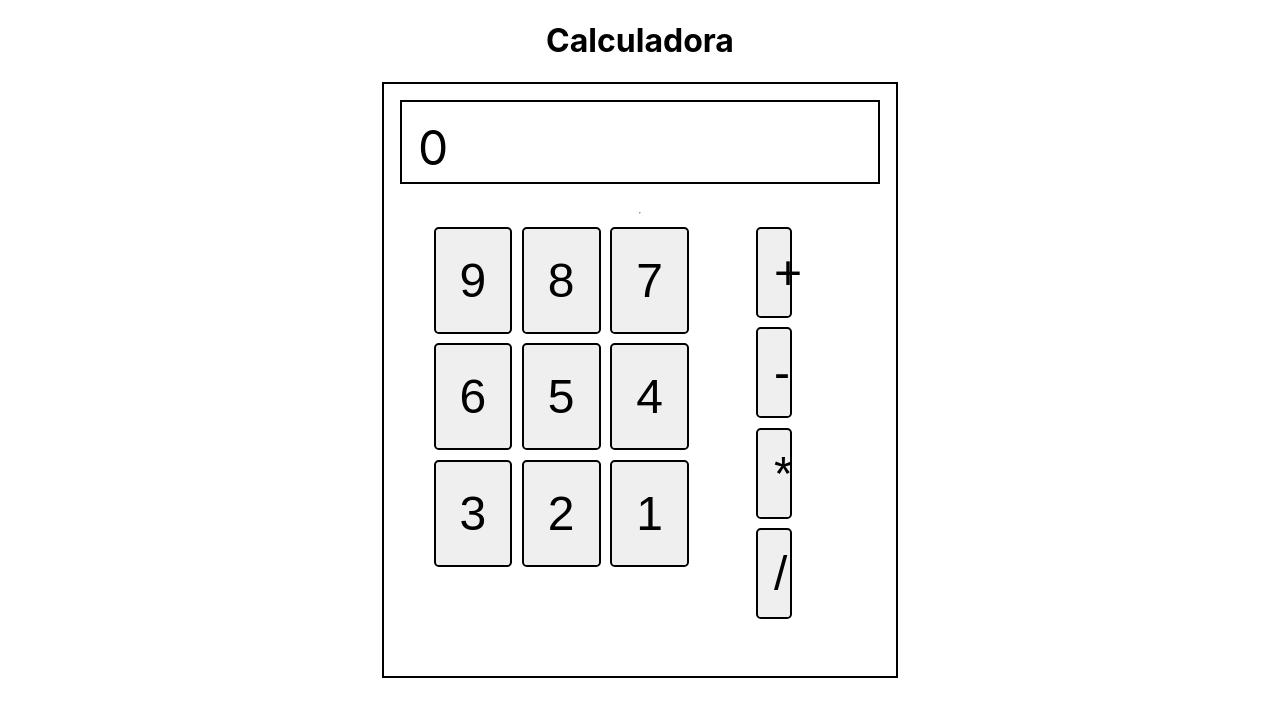
Repository: yamaka/curso-react-febrero-2022
Page: /
The author's editor kept a copy of each file at every save. The page is drawn from the files as they stood at one save, then again after the next save.
The browser window is 1280 px wide. The pictures show the whole page.
The project was rebuilt for these pictures with package versions that can differ from the ones it lists, and the page was loaded fresh each time. Also part of the build but not shown: src/App.css, src/components/Zanahoria/Zanahoria.css, src/components/Zanahoria/Zanahoria.js, src/components/Zanahorias/Zanahorias.js, src/components/Lechuga/Lechuga.css, src/components/Lechuga/Lechuga.js, src/components/Calculadora/Calculadora.css, src/components/Calculadora/Calculadora.js and 4 more.

Above is the page before, as saved 2022-03-02 18:28:22.

### src/index.js
import React from 'react';
import ReactDOM from 'react-dom';
import './index.css';
import App from './App';
import reportWebVitals from './reportWebVitals';

ReactDOM.render(
  <React.StrictMode>
    <App />
  </React.StrictMode>,
  document.getElementById('root')
);

// If you want to start measuring performance in your app, pass a function
// to log results (for example: reportWebVitals(console.log))
// or send to an analytics endpoint. Learn more: https://bit.ly/CRA-vitals
reportWebVitals();

### src/App.js
import logo from './logo.svg';
import './App.css';
import Zanahorias from './components/Zanahorias/Zanahorias';
import Lechuga from './components/Lechuga/Lechuga';
import Calculadora from './components/Calculadora/Calculadora';
import CiclosVida from './components/CiclosVida/CiclosVida';
import CalculadoraHooks from './hooks/Calculadora/Calculadora'

function App() {
  return (
    <div style={{
      display: 'flex',
      flexDirection: 'column',
      justifyContent: 'center',
      alignItems: 'center'
    }}>
      {/* componentes sin estado  */}
      {/* <h1>Componentes sin estado  funcionales</h1>
      <h2>Verduleria</h2>
      <Zanahorias titulo={"zanahorias super economicas"} cantidad={3} />  */}
        {/* hacer lo mismo con lechugas */}
      {/* componentes con estado */}
      {/* <h1>componentes con estado como clase</h1>
      <Calculadora/> */}
      {/* <CiclosVida/> */}
      <CalculadoraHooks/>
    </div>
  );
}

export default App;

### src/hooks/Calculadora/Calculadora.js
//componentes como funcionales con estado
import React, { useState } from "react";
import Input from "../components/Input/Input";
import BotonNumerico from "../components/BotonNumerico/BotonNumerico";
import BotonOperacion from "../components/BotonOperacion/BotonOperacion";
import BotonIgual from "../components/BotonIgual/BotonIgual";

import "./Calculadora.css";

const Calculadora = () => {
  const [display, setDisplay] = useState("0");
  const [operandoA, setOperandoA] = useState(0);
  const [operandoB, setOperandoB] = useState(0);
  const [operacion, setOperacion] = useState("+");

  const onPressNumerico = (numero) => {
    if (operandoA == 0) {
      setOperandoA(numero);
      setDisplay(numero);
    } else {
      setOperandoB(numero);
      setDisplay(display + numero);
    }
  };

  const onPressOperacion = (operacion) => {
    setOperacion(operacion);
    setDisplay(display + operacion);
  };

  const calcular = () => {
    switch (operacion) {
      case "+":
        setDisplay((parseInt(operandoA) + parseInt(operandoB)).toString());
    }
  };

  return (
    <div className="container">
      <h1>Calculadora</h1>
      <div className="calculadora-container">
        <Input value={display} />
        <br />
        <hr />
        <div
          style={{
            display: "flex",
            flex: 1,
            flexDirection: "row",
            justifyContent: "space-around",
          }}
        >
          <div
            style={{ display: "flex", flexDirection: "column", width: "265px" }}
          >
            <div style={{ display: "flex", flexDirection: "row" }}>
              <BotonNumerico value="9" onPress={onPressNumerico} />
              <BotonNumerico value="8" onPress={onPressNumerico} />
              <BotonNumerico value="7" onPress={onPressNumerico} />
            </div>
            <div style={{ display: "flex", flexDirection: "row" }}>
              <BotonNumerico value="6" onPress={onPressNumerico} />
              <BotonNumerico value="5" onPress={onPressNumerico} />
              <BotonNumerico value="4" onPress={onPressNumerico} />
            </div>
            <div style={{ display: "flex", flexDirection: "row" }}>
              <BotonNumerico value="3" onPress={onPressNumerico} />
              <BotonNumerico value="2" onPress={onPressNumerico} />
              <BotonNumerico value="1" onPress={onPressNumerico} />
            </div>
          </div>
          <div
            style={{ display: "flex", flexDirection: "column", width: "100px" }}
          >
            <BotonOperacion operator="+" onPress={onPressOperacion} />
            <BotonOperacion operator="-" onPress={onPressOperacion} />
            <BotonOperacion operator="*" onPress={onPressOperacion} />
            <BotonOperacion operator="/" onPress={onPressOperacion} />
          </div>
        </div>
      </div>
    </div>
  );
};

export default Calculadora;

### src/hooks/components/Input/Input.js
import React from 'react'
import './Input.css'
//tarea que los numeros introduciodps vayan a la derecha

const Input = ({value}) => {
  return (
    <div className='input-container'><span>{value}</span></div>
  )
}

export default Input

### src/hooks/components/BotonNumerico/BotonNumerico.js
import React from 'react'
import './BotonNumerico.css';
const BotonNumerico = ({value, onPress}) => {
  return (
    <button className='boton-numerico' onClick={()=>onPress(value)}>{value}</button>
  )
}

export default BotonNumerico

### src/hooks/components/BotonOperacion/BotonOperacion.js
import React from 'react'
import './BotonOperacion.css';

const BotonOperacion = ({operator, onPress}) => {
  return (
    <button className='boton-operacion' onClick={()=> onPress(operator)}>{operator}</button>
  )
}

export default BotonOperacion

### src/hooks/Calculadora/Calculadora.css

.container{
    display: flex;
    flex: 1;
    flex-direction: column;
    align-items: center;

}
.calculadora-container{
    padding: 1rem;
    border: solid 1px;
    border-width: 2px;
    display: flex;
    flex-direction: column;
    width: 30rem;
    height: 35rem;
}

### src/hooks/components/Input/Input.css
.input-container{
    border: solid 1px;
    border-width: 2px;
    height: 3rem;
    font-size: 3rem;
    padding: 1rem;
}

### src/hooks/components/BotonNumerico/BotonNumerico.css
.boton-numerico {
  border: solid 2px;
  padding: 1.5rem;
  border-radius: 0.3rem;
  font-size: 3rem;

  margin: 0.3rem;
}

### src/hooks/components/BotonOperacion/BotonOperacion.css
.boton-operacion {
  border: solid 2px;
  padding: 1rem;
  border-radius: 0.3rem;
  font-size: 3rem;

  width: 1rem;
  margin: 0.3rem;
}

Loaded but not shown: public/index.html (common file); src/index.css (common file); src/reportWebVitals.js (common file)

After the next save:
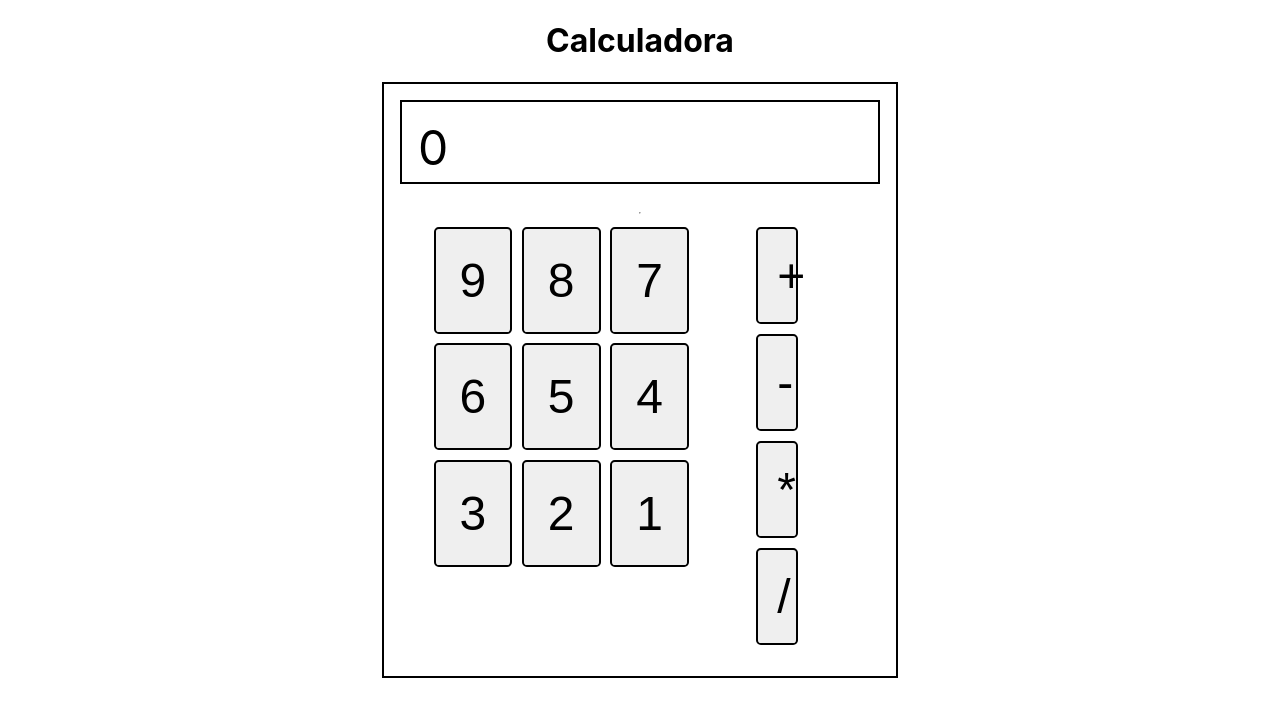
Saved 6 s later.
--- a/src/hooks/components/BotonOperacion/BotonOperacion.css
+++ b/src/hooks/components/BotonOperacion/BotonOperacion.css
@@ -1,6 +1,6 @@
 .boton-operacion {
   border: solid 2px;
-  padding: 1rem;
+  padding: 1.2rem;
   border-radius: 0.3rem;
   font-size: 3rem;
 
